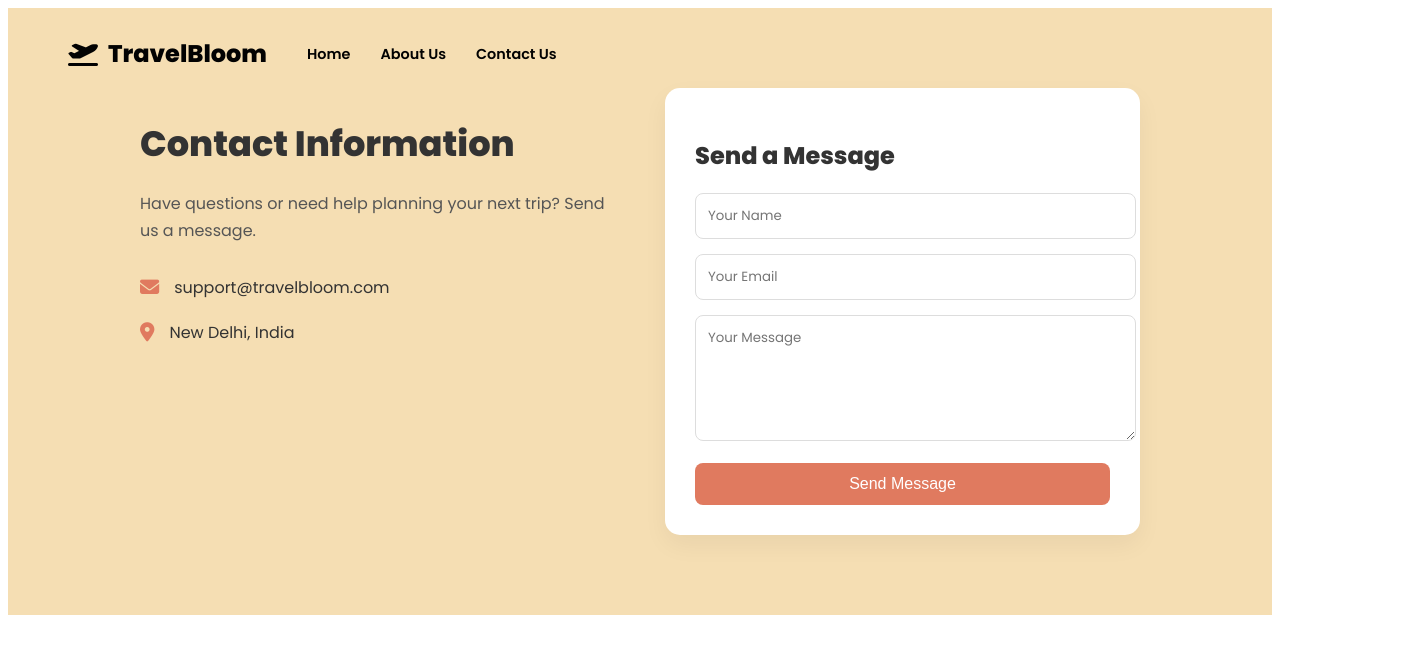
Repository: LatikaAdhikari064/TravelBloom_Project
Page: contact.html
These files come from the project's save history. The page is drawn as it stood at one moment and after the next save; the edit follows.
The browser window is 1280 px wide. The page is 1280 px wide, then 1408 px, so the pictures cover 1408 px, including what lies to the right of the window. The pictures show the whole page.

Above is the page before, as saved 2026-01-08 20:48:27.

### contact.html
<!DOCTYPE html>
<html lang="en">
<head>
    <meta charset="UTF-8">
    <meta name="viewport" content="width=device-width, initial-scale=1.0">
    <title>Contact Us - TravelBloom</title>

    <!-- Fonts & Icons -->
    <link href="https://fonts.googleapis.com/css2?family=Poppins:wght@300;400;600;800&display=swap" rel="stylesheet">
    <link rel="stylesheet" href="https://cdnjs.cloudflare.com/ajax/libs/font-awesome/6.4.0/css/all.min.css">

    <!-- CSS -->
    <link rel="stylesheet" href="contact.css">
</head>
<body>

    <nav class="navbar">
        <div class="logo">
            <i class="fas fa-plane-departure"></i> TravelBloom
        </div>
        <ul class="nav-links">
            <li><a href="/">Home</a></li>
            <li><a href="about.html">About Us</a></li>
            <li><a href="contact.html">Contact Us</a></li>
        </ul>
    </nav>
    <!-- CONTACT SECTION -->
    <section class="contact-section">
        <div class="contact-container">

            <!-- INFO -->
            <div class="contact-info">
                <h2>Contact Information</h2>
                <p>Have questions or need help planning your next trip? Send us a message.</p>

                <div class="info-item">
                    <i class="fas fa-envelope"></i>
                    <span>support@travelbloom.com</span>
                </div>

                <div class="info-item">
                    <i class="fas fa-map-marker-alt"></i>
                    <span>New Delhi, India</span>
                </div>
            </div>

            <!-- FORM -->
            <form class="contact-form">
                <h2>Send a Message</h2>

                <input type="text" placeholder="Your Name" required>
                <input type="email" placeholder="Your Email" required>
                <textarea placeholder="Your Message" rows="5" required></textarea>

                <button type="submit">Send Message</button>
            </form>

        </div>
    </section>

</body>
</html>

### contact.css
/* --- CONTACT PAGE STYLES --- */

body {
    font-family: 'Poppins', sans-serif;
}
/* --- Navigation Bar --- */
.navbar {
    position: absolute; /* Sits transparently over the hero image */
    top: 0;
    /* width: 100%; */
    display: flex;
    justify-content: space-between;
    align-items: center;
    padding: 25px 60px;
    z-index: 100; /* Ensures nav is above everything */
    color: rgb(2, 2, 2);
}

.logo {
    font-size: 1.5rem;
    font-weight: 800;
    display: flex;
    align-items: center;
    gap: 10px;
}

.nav-links {
    list-style: none;
    display: flex;
    gap: 30px;
}

.nav-links a {
    text-decoration: none;
    color: rgb(2, 2, 2);
    font-weight: 600;
    font-size: 0.9rem;
    transition: color 0.3s ease;
}

.nav-links a:hover {
    color: #E07A5F; /* Coral accent color */
}

.contact-hero h1 {
    font-size: 3rem;
    font-weight: 800;
}

.contact-hero p {
    font-size: 1.1rem;
    opacity: 0.9;
}

/* SECTION */
.contact-section {
    padding: 80px 20px;
    background:wheat;
}

.contact-container {
    max-width: 1000px;
    margin: auto;
    display: grid;
    grid-template-columns: 1fr 1fr;
    gap: 50px;
}

/* INFO */
.contact-info h2 {
    font-size: 2.2rem;
    margin-bottom: 20px;
    color: #333;
}

.contact-info p {
    color: #555;
    margin-bottom: 30px;
    line-height: 1.7;
}

.info-item {
    display: flex;
    align-items: center;
    gap: 15px;
    margin-bottom: 20px;
    color: #333;
}

.info-item i {
    color: #E07A5F;
    font-size: 1.2rem;
}

/* FORM */
.contact-form {
    background: white;
    padding: 30px;
    border-radius: 15px;
    box-shadow: 0 10px 25px rgba(0,0,0,0.05);
}

.contact-form h2 {
    margin-bottom: 20px;
    color: #333;
}

.contact-form input,
.contact-form textarea {
    width: 100%;
    padding: 12px;
    margin-bottom: 15px;
    border-radius: 8px;
    border: 1px solid #ddd;
    font-family: inherit;
}

.contact-form input:focus,
.contact-form textarea:focus {
    outline: none;
    border-color: #E07A5F;
}

.contact-form button {
    width: 100%;
    padding: 12px;
    background: #E07A5F;
    border: none;
    color: white;
    font-size: 1rem;
    border-radius: 8px;
    cursor: pointer;
    transition: background 0.3s;
}

.contact-form button:hover {
    background: #cf6a52;
}

/* RESPONSIVE */
@media (max-width: 768px) {
    .contact-container {
        grid-template-columns: 1fr;
    }

    .contact-hero h1 {
        font-size: 2.2rem;
    }
}

After the next save:
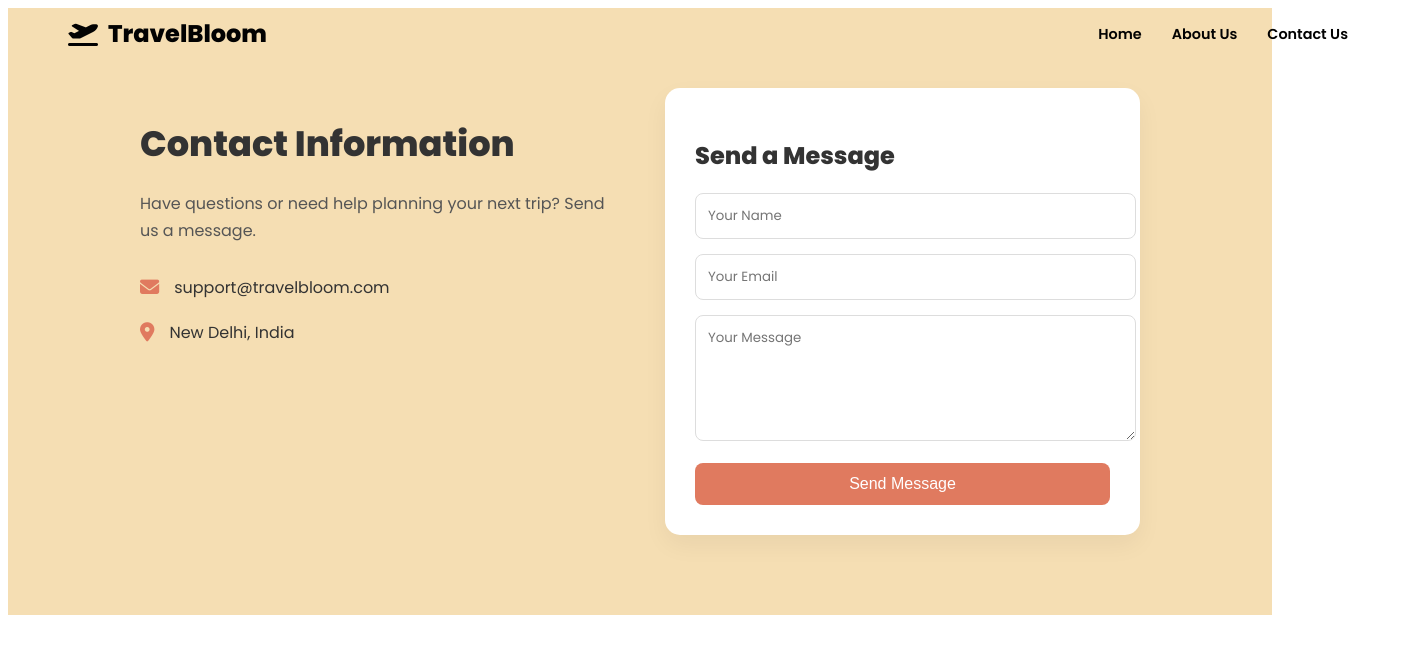
Saved 26 s later.
--- a/contact.css
+++ b/contact.css
@@ -7,11 +7,11 @@ body {
 .navbar {
     position: absolute; /* Sits transparently over the hero image */
     top: 0;
-    /* width: 100%; */
+    width: 100%;
     display: flex;
     justify-content: space-between;
     align-items: center;
-    padding: 25px 60px;
+    padding: 5px 60px;
     z-index: 100; /* Ensures nav is above everything */
     color: rgb(2, 2, 2);
 }
